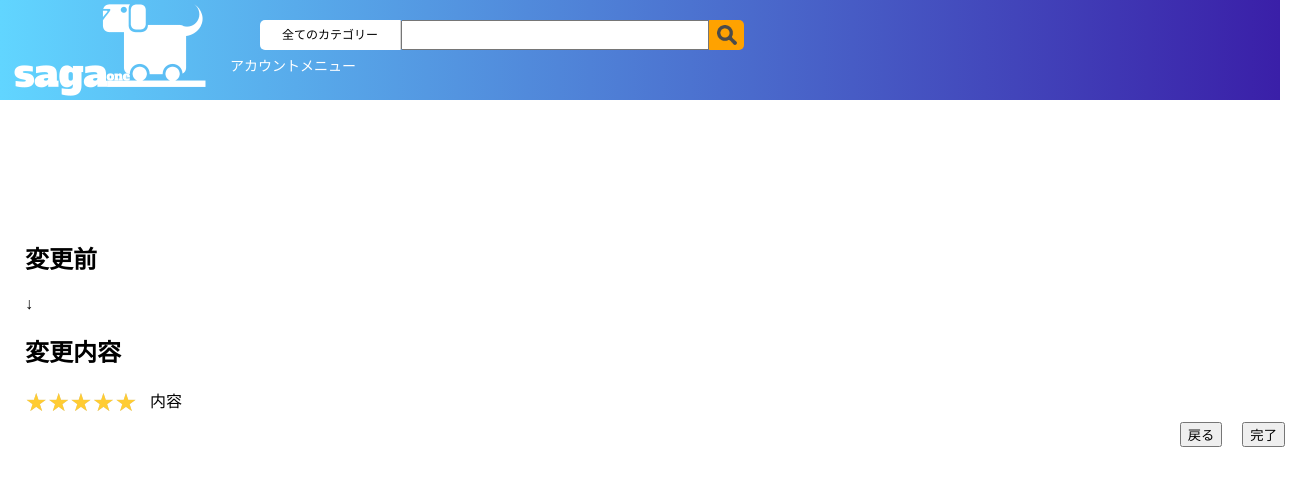
Repository: a4b3c2d1/backup
Page: http://localhost/sagaone-master/reviewChangeConfirm.jsp
An editor plug-in stored every save of this project. The page is shown before and after a run of saves, followed by the edit.
The browser window is 1280 px wide. The page is 1315 px wide, so the pictures cover 1315 px, including what lies to the right of the window. The pictures show the whole page.
The page is served by Tomcat 9.

Above is the page before, as saved 2018-01-21 10:46:05.

After the next 2 saves:
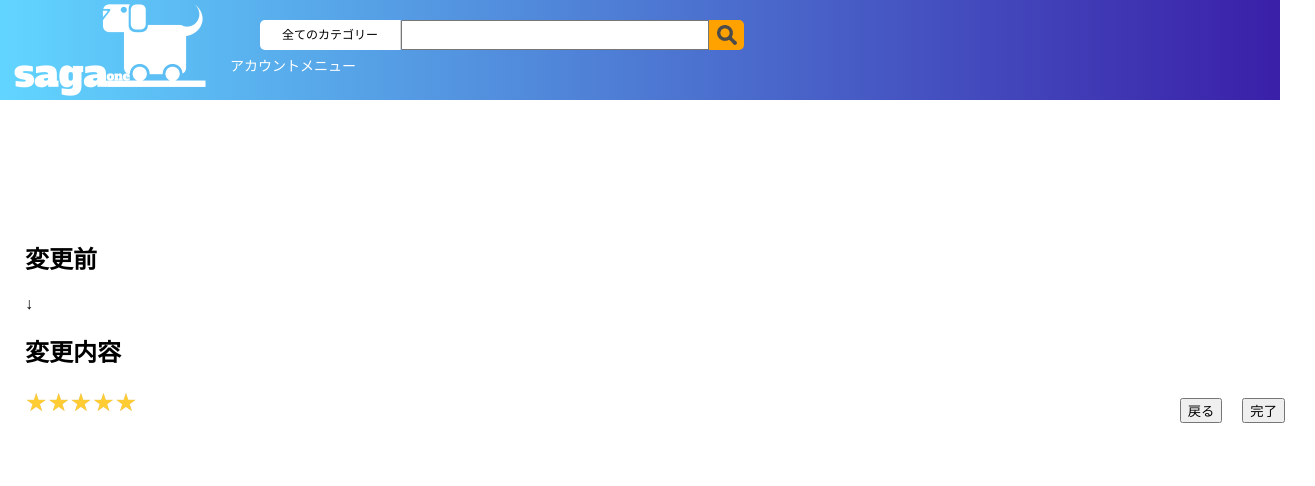
The 2 saves are shown as one change because they came seconds apart.
The last was saved 63 s later.
--- a/sagaone-master/WebContent/reviewChangeConfirm.jsp
+++ b/sagaone-master/WebContent/reviewChangeConfirm.jsp
@@ -167,9 +167,10 @@
 					<div class="rating-back">★★★★★</div>
 				</div>
 
+				<div class="review2">
+					<s:property value="session.review_change_review" />
+				</div>
 
-				<s:property value="session.review_change_review" />
-				内容
 
 
 				<s:form action="ReviewChangeConpleteAction">
